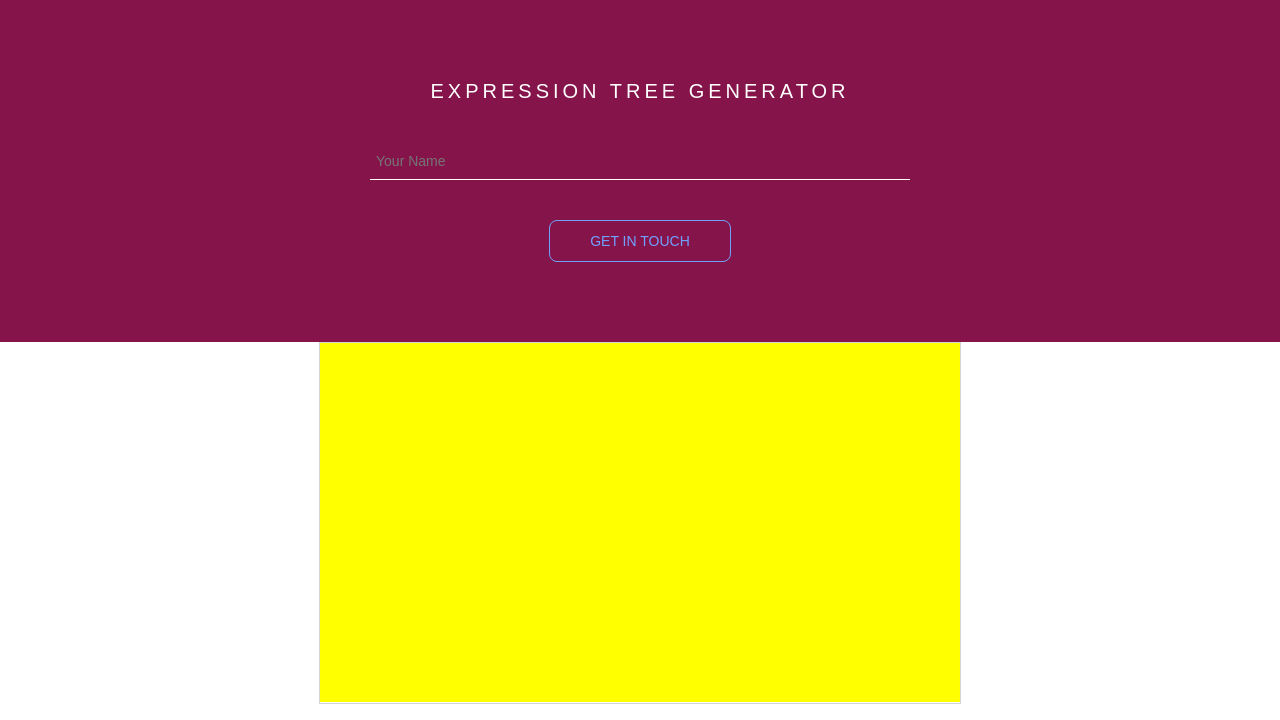
Repository: lnogueir/expression-tree-gen
Page: index.html
The author's editor kept a copy of each file at every save. The page is drawn from the files as they stood at one save, then again after the next save.
The browser window is 1280 px wide. The pictures show the whole page.

Above is the page before, as saved 2020-03-15 19:10:38.

### index.html
<!DOCTYPE html>
<html lang="en">

<head>
    <meta charset="UTF-8">
    <meta name="viewport" content="width=device-width, initial-scale=1.0">
    <title>Canvas</title>
    <link rel="stylesheet" href="app.css">
</head>

<body>

    <div class="contact-section">
        <div class="inner-width">
          <h1>Expression Tree Generator</h1>
          <input type="text" class="name" id = 'expression-input' placeholder="Your Name">
          <button id="generate-tree">Get in touch</button>
        </div>
      </div>

    <div id="canvas-container">
        <canvas></canvas>
    </div>
</body>
<script src="https://ajax.googleapis.com/ajax/libs/jquery/3.4.1/jquery.min.js"></script>
<script src="https://cdnjs.cloudflare.com/ajax/libs/mathjs/6.6.1/math.min.js"></script>
<script src="tree.js"></script>
<script src="infixToPostfix.js"></script>
<script src="canvas.js"></script>

</html>

### app.css
*{
    margin: 0;
    padding: 0;
    box-sizing: border-box;
    font-family: "montserrat",sans-serif;
  }
  .contact-section{
    background: #85144b;
    padding: 80px 0;
    text-align: center;
  }

  .inner-width{
    max-width: 600px;
    margin: auto;
    padding: 0 20px;
  }

  .contact-section h1{
    font-size: 20px;
    color: #FFF;
    margin-bottom: 40px;
    text-transform: uppercase;
    letter-spacing: 4px;
    font-weight: 400;
  }

  .name,.email,.message{
    background: none;
    border:none;
    outline: none;
    border-bottom: 1px solid;
    color: #FFF;
    padding: 10px 6px;
    font-size: 14px;
    margin-bottom: 40px;
  }

  .name{
    float: center;
    width: 540px;
  }


  .contact-section button{
      outline: none;
    background: none;
    color: #70a1ff;
    border: 1px solid #70a1ff;
    padding: 12px 40px;
    border-radius: 8px;
    text-transform: uppercase;
    font-size: 14px;
    transition: 0.4s linear;
    cursor: pointer;
  }

  .contact-section button:hover{
    background: #70a1ff;
    color: #fff;
  }


  @media screen and (max-width:600px){
    .name,.email{
      width: 100%;
    }
  }

#canvas-container{
    border: none;
    display: flex;
    flex-direction: column;
    align-items: center;
    margin: auto;
    height: 50vh;
    width: 50vw;
    background: yellow;
}

canvas{
    border: 1px solid lightgray;
}

### tree.js
function Node(value) {
    const radius = 32.5
    this.value = value;
    this.x = null;
    this.y = null;
    this.right = null;
    this.left = null;

    this.isLeaf = () => this.right == null && this.left == null;

    this.drawEdge = function (context, x, y, left_way) {
        context.strokeStyle = 'gray';
        context.beginPath()
        const x_y_ratio = Math.abs(this.y - y) / Math.abs(this.x - x)
        const w = radius * Math.sqrt(1 / (1 + Math.pow(x_y_ratio, 2)))
        const d = x_y_ratio * w
        if (left_way) {
            context.moveTo(this.x - w, this.y + d)
            context.lineTo(x + w, y - d)
        } else {
            context.moveTo(this.x + w, this.y + d)
            context.lineTo(x - w, y - d)
        }

        context.stroke()
    }

    this.draw = function (context) {
        context.beginPath()
        context.arc(this.x, this.y, radius, 0, Math.PI * 2, false)
        context.fillStyle = 'rgba(255, 255, 255, 0.5)'
        context.fill()
        context.strokeStyle = 'black'
        context.stroke()
        context.font = '25px Times New Roman'
        context.textAlign = 'center'
        context.textBaseline = 'middle'
        context.fillStyle = "black";
        context.fillText(this.value, this.x, this.y);
    }
}

function constructTree(postfix) {
    const OPERATORS = ['*', '/', '-', '+']
    var stack = []
    var root = null;
    var current;
    var shift = false;
    for (var i = postfix.length - 1; i >= 0; i--) {
        if (null === root) {
            current = new Node(postfix[i]);
            root = current;
        } else {
            if (shift) {
                current.left = new Node(postfix[i])
                current = current.left
                shift = false
            } else {
                current.right = new Node(postfix[i])
                current = current.right
            }
        }
        if (OPERATORS.includes(postfix[i])) {
            stack.push(current);
        } else {
            current = stack.pop();
            shift = true
        }
    }
    return root;
}

function getSize(root) {
    var size = 0
    function countSize(root) {
        if (null != root) {
            size++;
            countSize(root.left)
            countSize(root.right)
        }
    }
    countSize(root);
    return size;
}

function print_coords(root) {
    if (null != root) {
        print_coords(root.left)
        console.log(root.value, root.x, root.y)
        print_coords(root.right)
    }
}

function setCoordinates(root) {
    var i = 0
    const OFFSET = 50
    const size = getSize(root)
    const canvas_mid_point = window.innerWidth / 2;
    function setCoordinates(subt, depth) {
        if (null != subt) {
            setCoordinates(subt.left, depth + 1)
            subt.x = canvas_mid_point + (OFFSET * (i - size / 2))
            subt.y = OFFSET + (depth * 1.5 * OFFSET)
            i++
            setCoordinates(subt.right, depth + 1)
        }
    }
    setCoordinates(root, 0)
}

function drawTree(root, context) {
    if (null != root) {
        root.draw(context)
        if (null != root.left) {
            root.drawEdge(context, root.left.x, root.left.y, true);
        }
        drawTree(root.left, context)
        if (null != root.right) {
            root.drawEdge(context, root.right.x, root.right.y, false)
        }
        drawTree(root.right, context)
    }
}

### infixToPostfix.js
function isBracketed(expr) {
  var stack = []
  for (var i = 0; i < expr.length; i++) {
    if ('(' === expr[i]) {
      stack.push('(')
    } else if (')' === expr[i]) {
      stack.pop()
      if (stack.length === 0) {
        if (i !== expr.length - 1) {
          return false
        } else {
          return true
        }
      }
    }
  }
  return false;
}

function isValidExpression(expr) {
  if (expr.length < 3) {
    return false;
  }
  for (var i = 0; i < expr.length; i++) {
    if ('abcdefghijklmnopqrstuvwxyz*()/+-'.indexOf(expr[i]) === -1) {
      return false;
    }
  }
  try {
    while ("(" === expr[0] && ")" === expr[expr.length - 1]) {
      if (isBracketed(expr)) {
        expr = expr.substring(1, expr.length - 1);
      } else break;
    }
    var res = math.parse(expr);
    if ((typeof res.implicit === 'undefined') || res.fn.indexOf('unary') !== -1) {
      return false;
    }
    return true;
  }
  catch (ex) {
    return false;
  }
}

function infixToPostfix(expression) {
  if (!isValidExpression(expression)) {
    return null;
  }
  const prec = { "*": 3, "/": 3, "-": 2, "+": 2, "(": 1 }
  op_stack = []
  postfixList = []
  tokens = expression.split('')
  for (const token of tokens) {
    if ("abcdefghijklmnopqrstuvwxyz".indexOf(token) !== -1) {
      postfixList.push(token)
    } else if ("(" === token) {
      op_stack.push(token)
    } else if (")" === token) {
      var top_op_token = op_stack.pop()
      while (top_op_token !== '(') {
        postfixList.push(top_op_token)
        top_op_token = op_stack.pop()
      }
    } else {
      var peek_elem = op_stack.slice(-1)[0];
      while (op_stack.length > 0 && (prec[peek_elem] >= prec[token])) {
        postfixList.push(op_stack.pop())
        peek_elem = op_stack.slice(-1)[0];
      }
      op_stack.push(token)
    }
  }
  while (op_stack.length > 0) {
    postfixList.push(op_stack.pop())
  }
  return postfixList
}

### canvas.js
var canvas = document.querySelector('canvas')

canvas.height = document.getElementById('canvas-container').offsetHeight;
canvas.width = document.getElementById('canvas-container').offsetWidth;

var c = canvas.getContext('2d')

$('#generate-tree').click(() => {
    var expression = $('#expression-input').val()
    if (typeof expression !== 'undefined' && null != expression) {
        expression = expression.replace(/\s+/g, '')
        expression = expression.toLowerCase()
        var postfix = infixToPostfix(expression);
        if (null !== postfix) {
            var root = constructTree(postfix)
            setCoordinates(root)
            c.clearRect(0, 0, canvas.width, canvas.height);
            drawTree(root, c)
        } else {
            alert('Enter valid expression')
        }

    } else {
        alert('Enter valid expression')
    }
})

After the next save:
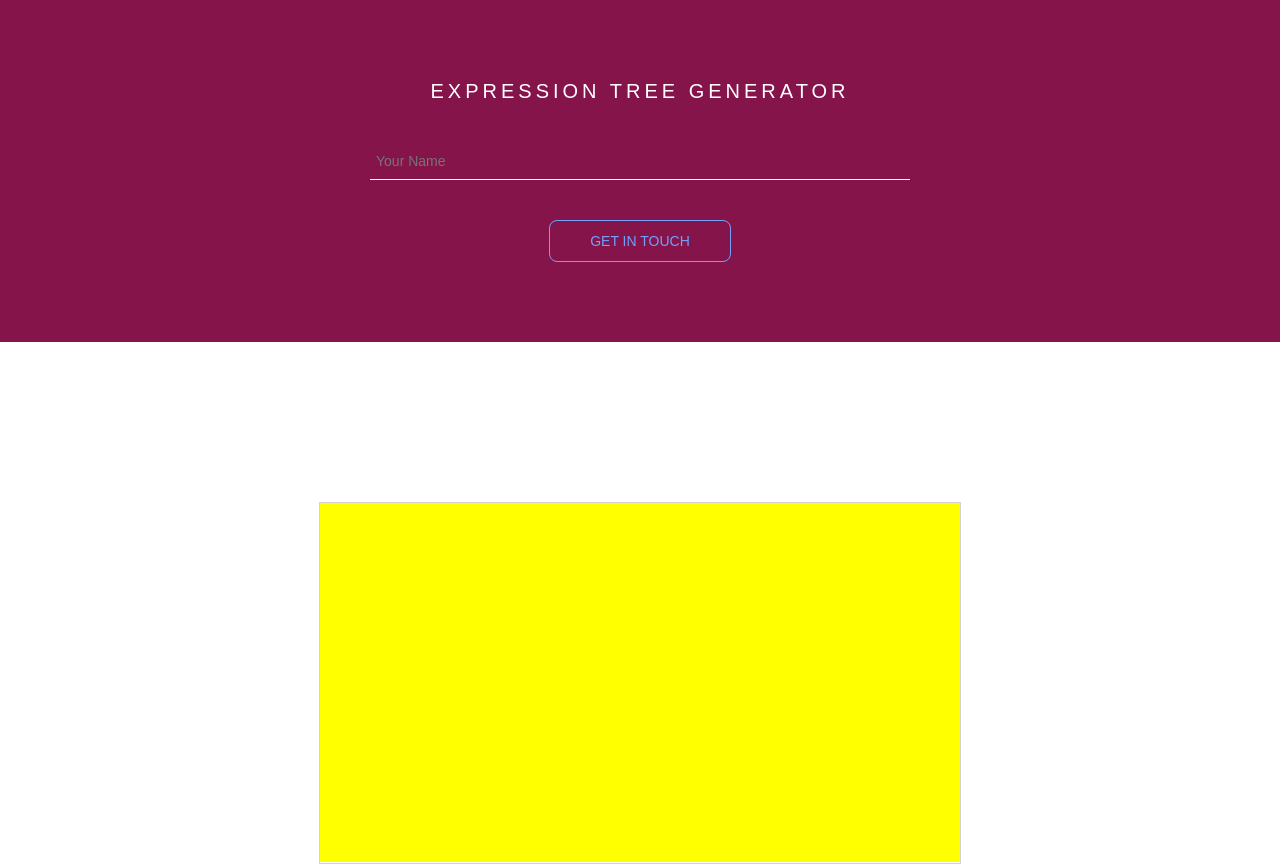
Saved 12 s later.
--- a/app.css
+++ b/app.css
@@ -8,6 +8,7 @@
     background: #85144b;
     padding: 80px 0;
     text-align: center;
+    margin-bottom: 10rem;
   }
 
   .inner-width{

After the save that followed:
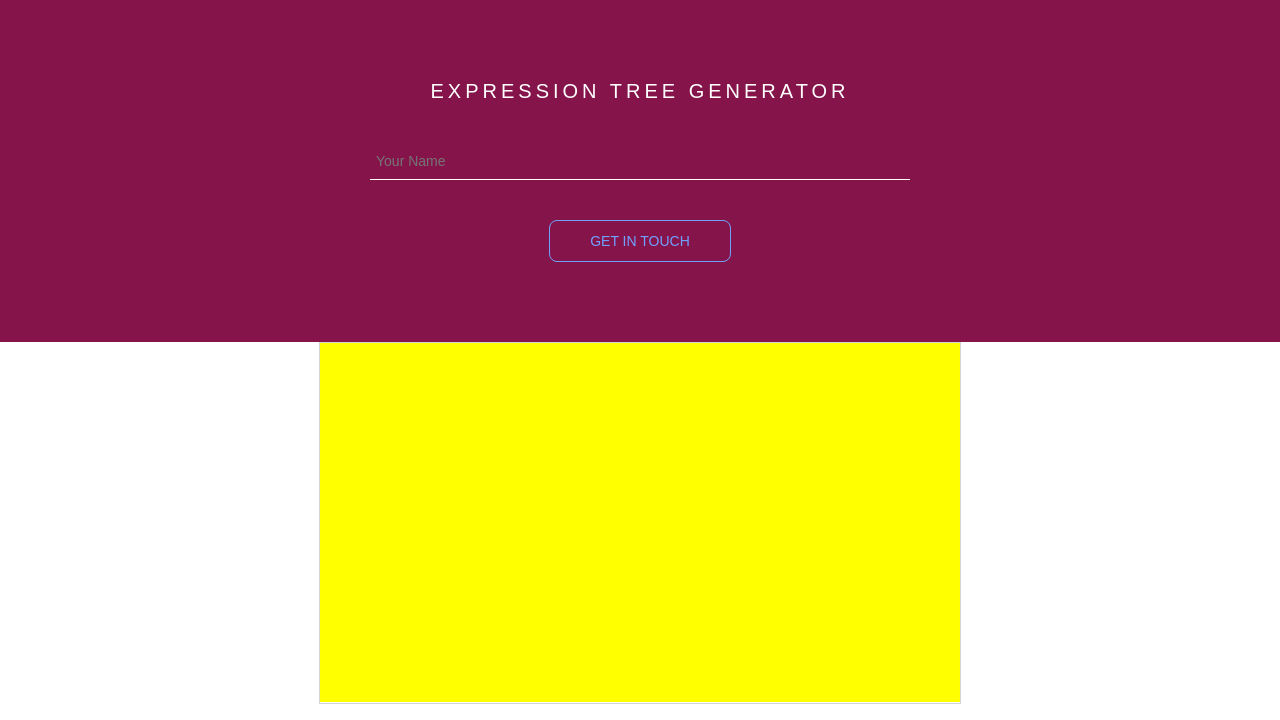
Saved 7 s later.
--- a/app.css
+++ b/app.css
@@ -8,7 +8,6 @@
     background: #85144b;
     padding: 80px 0;
     text-align: center;
-    margin-bottom: 10rem;
   }
 
   .inner-width{
